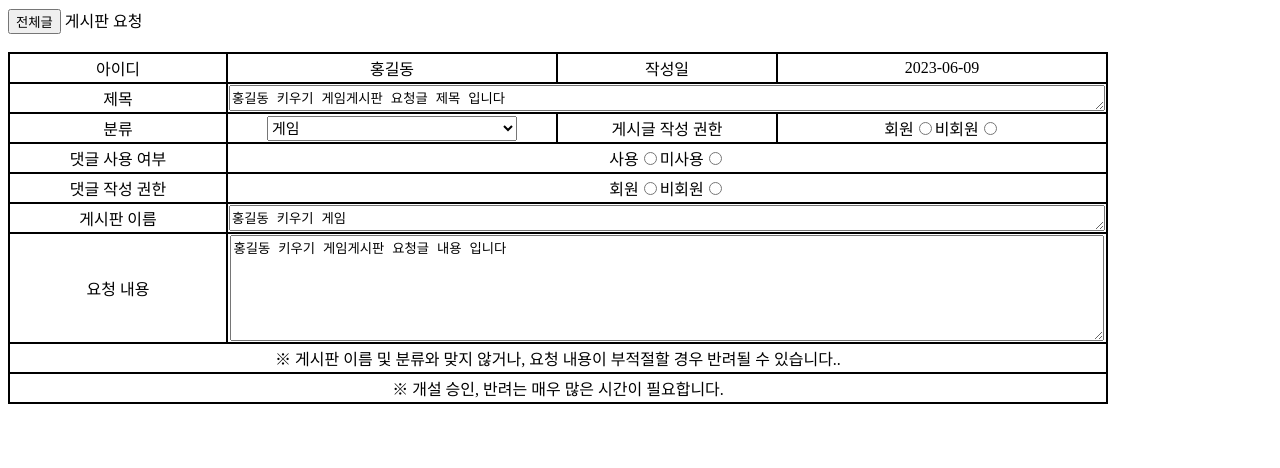
Repository: LJzero-dev/java-study
Page: http://localhost/ktbwos/bbs/request_view.jsp
These files come from the project's save history. The page is drawn as it stood at one moment and after the next save; the edit follows.
The browser window is 1280 px wide. The pictures show the whole page.
The page is served by Tomcat 9. Other server files are loaded and not shown.

Above is the page before, as saved 2023-06-11 06:15:07.

### web/ktbwos/WebContent/bbs/request_view.jsp
<%@ page language="java" contentType="text/html; charset=UTF-8" pageEncoding="UTF-8"%>
<!DOCTYPE html PUBLIC "-//W3C//DTD HTML 4.01 Transitional//EN" "http://www.w3.org/TR/html4/loose.dtd">
<html>
<head>
<meta http-equiv="Content-Type" content="text/html; charset=UTF-8">
<style>
	a:link { color:black; text-decoration:none; }
	a:visited { color:black; text-decoration:none; }
	a:hover { color:black; text-decoration:underline; }
	table, th, td {
	border:2px solid black;
	border-collapse : collapse;
	}
	tr { height:30px;}
	th { background-color:#5B9BD5; color:white;}
	td { text-align:center;}
</style>
<title>Insert title here</title>
</head>
<body>

<div width="1100">
<input type="button" value="전체글">  게시판 요청<br /><br />
<form action="">
	<table width="1100" >
		<tr>
			<td width="20%">아이디</td>
			<td width="30%">홍길동</td>
			<td width="20%">작성일</td>
			<td width="30%">2023-06-09</td>
		</tr>
		<tr>
			<td>제목</td>
			<td colspan="3"><textarea style="width:870px; height:20px">홍길동 키우기 게임게시판 요청글 제목 입니다</textarea></td>
		</tr >
		<tr>
			<td>분류</td>
			<td>
				<select name="rl_ctgr" style="width:250px; height:25px; font-size:15px;">
					<option value="a" >게임</option>
					<option value="b" >연예</option>
					<option value="c" >스포츠</option>
				</select>
			</td>
			<td>게시글 작성 권한</td>
			<td><label>회원<input type="radio" name="rl_write" value="y" /></label><label>비회원<input type="radio" name="rl_write" value="n" /></label></td>
		</tr>
		<tr>
			<td>댓글 사용 여부</td>
			<td colspan="3"><label>사용<input type="radio" name="rl_reply_use" value="y" /></label><label>미사용<input type="radio" name="rl_reply_use" value="n" /></label>
            </td>
		</tr>

		<tr>
			<td>댓글 작성 권한</td>
			<td colspan="3"><label>회원<input type="radio" name="rl_reply_write" value="y" /></label><label>비회원<input type="radio" name="rl_reply_write" value="n" /></label>
            </td>
		</tr>

		<tr>
			<td>게시판 이름</td>
			<td colspan="3"><textarea style="width:870px; height:20px">홍길동 키우기 게임</textarea></td>
		</tr>
		<tr>
			<td>요청 내용</td>
			<td colspan="3"><textarea style="width:99%; height:100px">홍길동 키우기 게임게시판 요청글 내용 입니다</textarea></td>
		</tr>
		<tr>
			<td colspan="4">※ 게시판 이름 및 분류와 맞지 않거나, 요청 내용이 부적절할 경우 반려될 수 있습니다..</td>
		</tr>
		<tr>
			<td colspan="4">※ 개설 승인, 반려는 매우 많은 시간이 필요합니다.</td>
		</tr>
	</table>
</form>
</div>
</body>
</html>

After the next save:
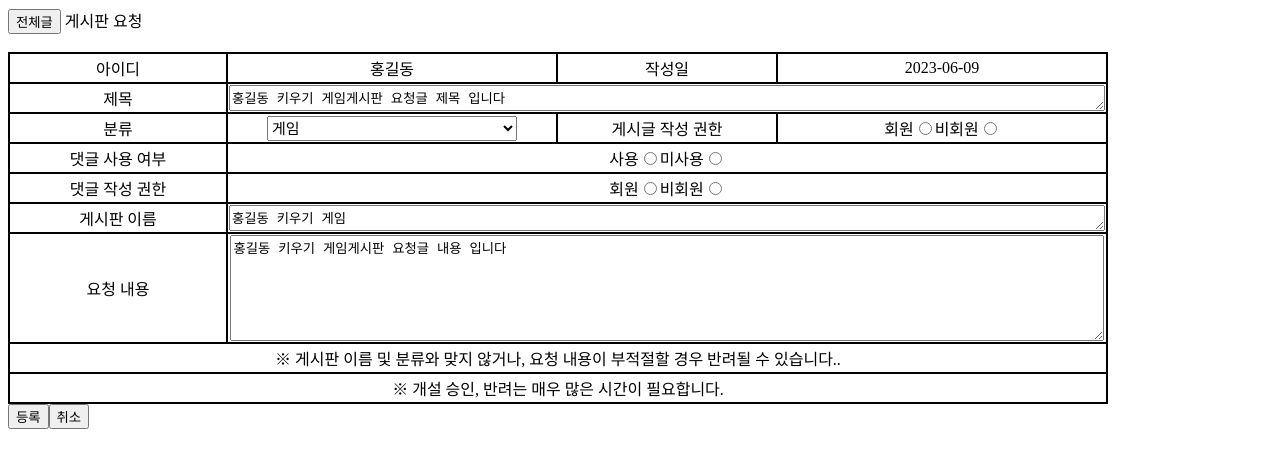
Saved 4 h 50 min later.
--- a/web/ktbwos/WebContent/bbs/request_view.jsp
+++ b/web/ktbwos/WebContent/bbs/request_view.jsp
@@ -72,6 +72,7 @@
 			<td colspan="4">※ 개설 승인, 반려는 매우 많은 시간이 필요합니다.</td>
 		</tr>
 	</table>
+	<input type="submit" value="등록"><input type="button" value="취소">
 </form>
 </div>
 </body>
